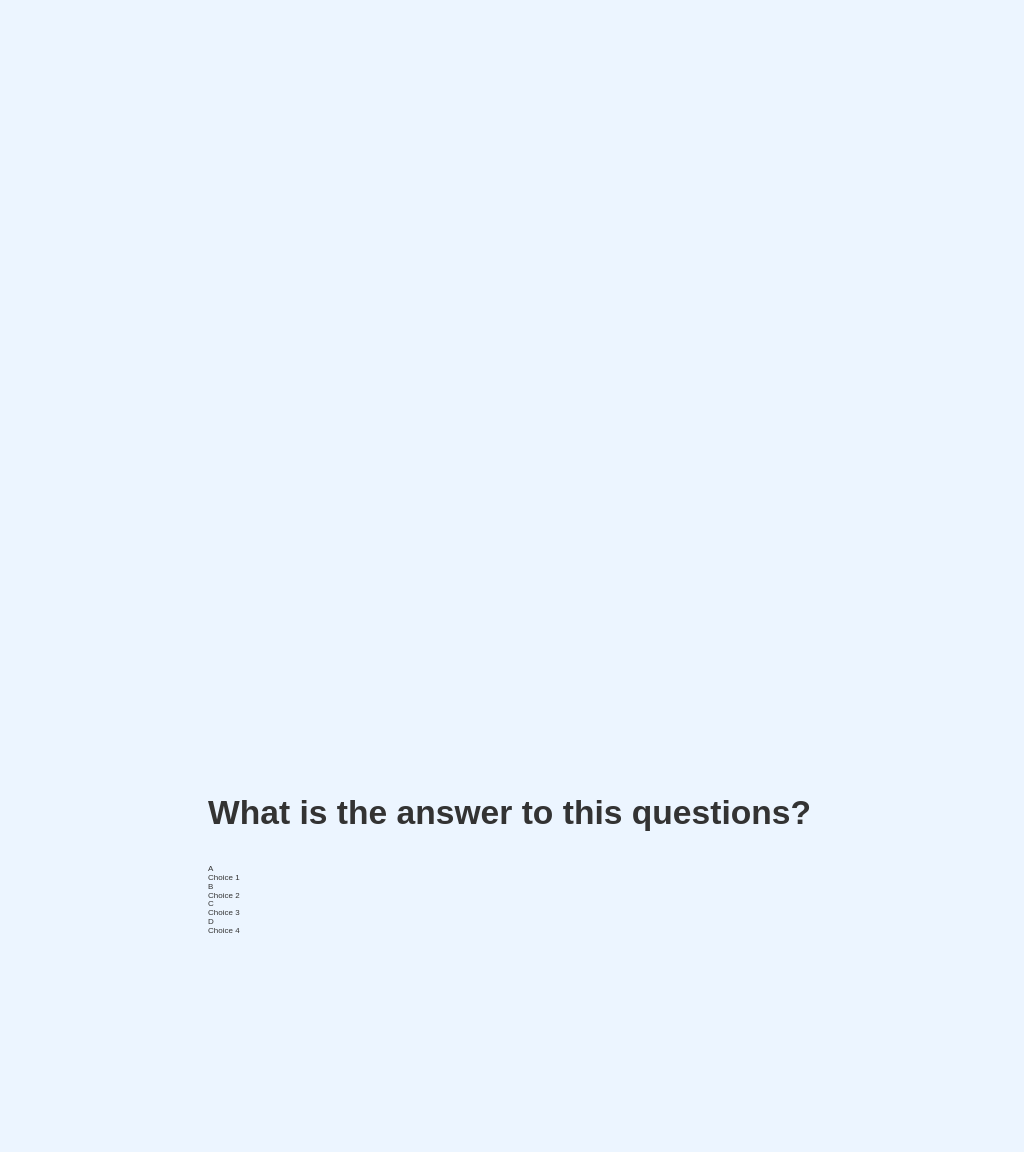
Repository: Q1ngQode/Briana-s-Quiz-App
Page: index.html
These files come from the project's save history. The page is drawn as it stood at one moment and after the next save; the edit follows.
The browser window is 1280 px wide. The pictures show the whole page, at 80% of full size.

Above is the page before, as saved 2022-08-08 22:33:40.

After the next save:
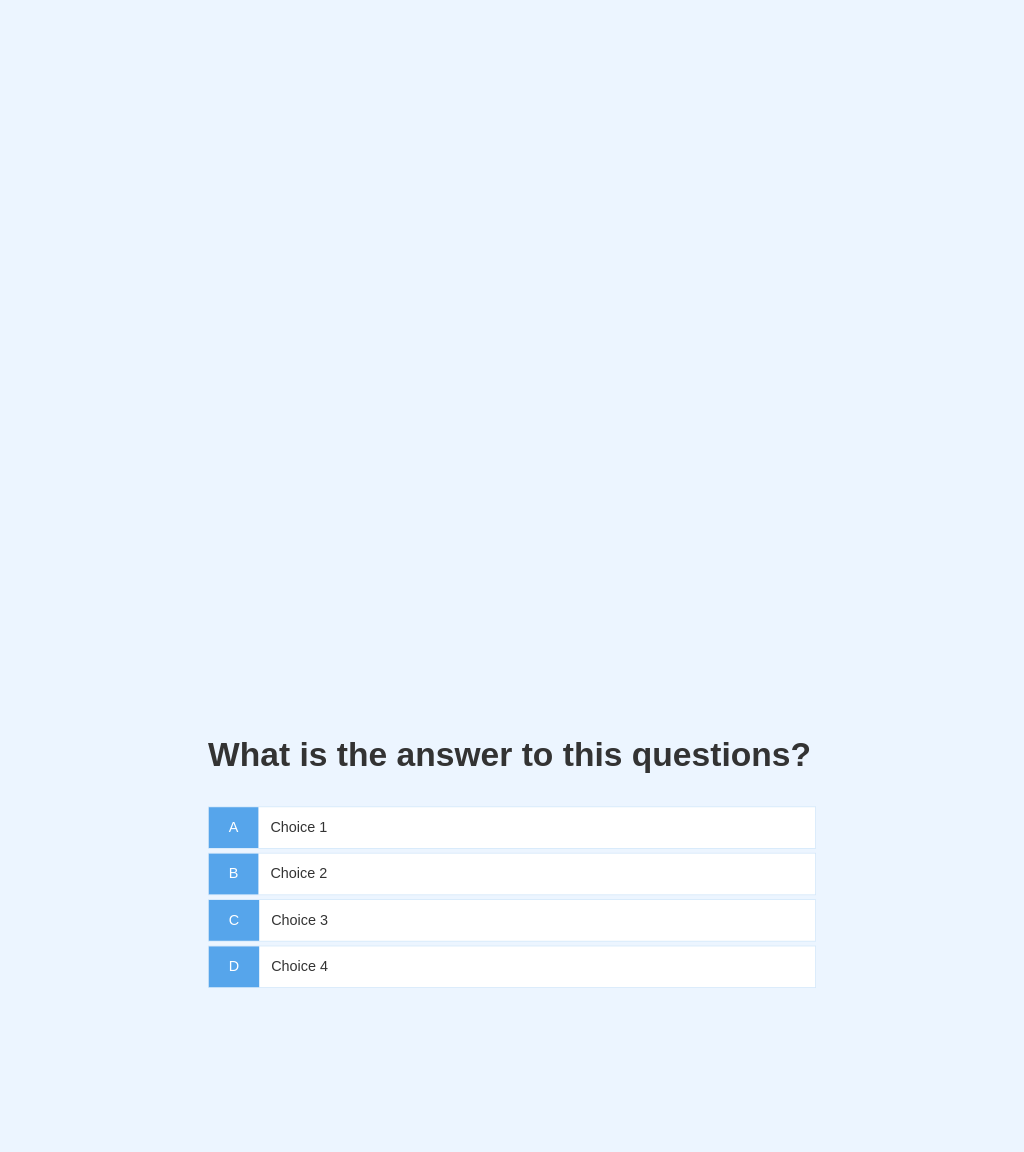
Saved 70 s later.
--- a/app.css
+++ b/app.css
@@ -105,3 +105,28 @@
     box-shadow: none;
     transform: none;
   }
+  .choice-container {
+    display: flex;
+    margin-bottom: 0.5rem;
+    width: 100%;
+    font-size: 1.8rem;
+    border: 0.1rem solid rgb(86, 165, 235, 0.25);
+    background-color: white;
+  }
+
+  .choice-container:hover {
+    cursor: pointer;
+    box-shadow: 0 0.4rem 1.4rem 0 rgba(86, 185, 235, 0.5);
+    transform: translateY(-0.1rem);
+    transition: transform 150ms;
+  }
+
+  .choice-prefix {
+    padding: 1.5rem 2.5rem;
+    background-color: #56a5eb;
+    color: white;
+  }
+
+  .choice-text {
+    padding: 1.5rem;
+  }
